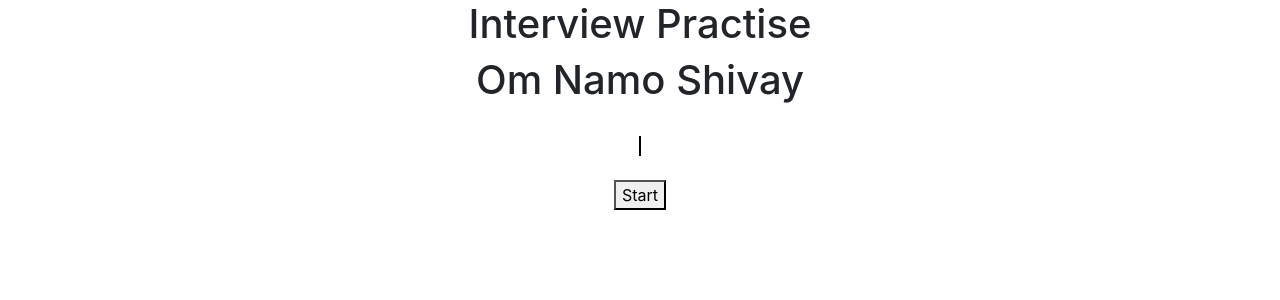
Repository: punitbathija/Machine-Round-React
Page: /
The author's editor kept a copy of each file at every save. The page is drawn from the files as they stood at one save, then again after the next save.
The browser window is 1280 px wide. The pictures show the whole page.
The project was rebuilt for these pictures with package versions that can differ from the ones it lists, and the page was loaded fresh each time. Also part of the build but not shown: src/components/counter.jsx.

Above is the page before, as saved 2023-06-01 12:37:28.

### src/index.js
import React from "react";
import ReactDOM from "react-dom/client";
import Counter from "./components/counter";
import "./index.css";
import ProgressBar from "./components/ProgressBar";
// import FetchApi from "./components/FetchApi";

const root = ReactDOM.createRoot(document.getElementById("root"));
root.render(
  <>
    <h1 className="text-center">Interview Practise</h1>
    {/* <Counter /> */}
    {/* <FetchApi /> */}
    <ProgressBar />
  </>
);

### src/components/ProgressBar.js
import React, { useEffect, useState } from "react";

const ProgressBar = () => {
  const [progress, setProgress] = useState(0);
  const [isRunning, setIsRunning] = useState(false);

  useEffect(() => {
    if (progress < 100 && isRunning) {
      setTimeout(() => {
        setProgress((prev) => prev + 2);
      }, 100);
    }
  }, [isRunning, progress]);

  return (
    <div
      style={{
        display: "flex",
        flexDirection: "column",
        alignItems: "center",
        justifyContent: "center",
        margin: "auto",
      }}
    >
      <h1>Om Namo Shivay</h1>
      <br />
      <div
        style={{
          textAlign: "center",
          height: "20px",
          width: `${progress}%`,
          backgroundColor: "blue",
          color: "white",
          transition: "ease",
          border: "1px solid black",
        }}
      >
        {progress} %
      </div>
      <br />
      <button onClick={() => setIsRunning(true)}>Start</button>
    </div>
  );
};

export default ProgressBar;

Loaded but not shown: public/index.html (common file); src/index.css (common file)

After the next save:
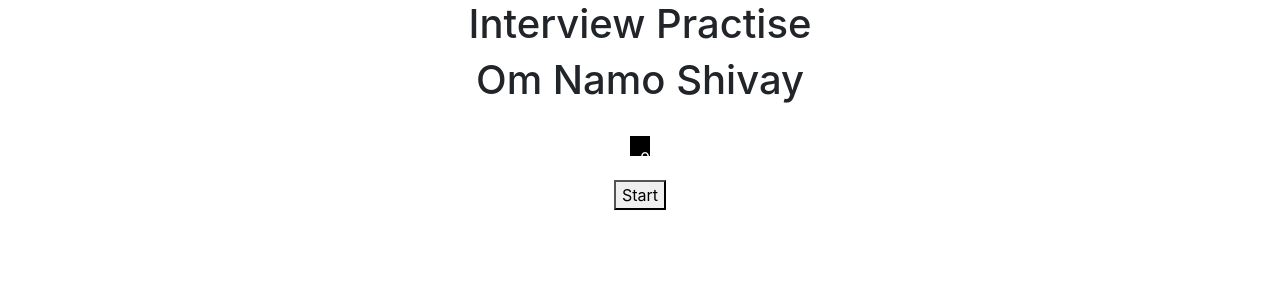
Saved 51 s later.
--- a/src/components/ProgressBar.js
+++ b/src/components/ProgressBar.js
@@ -32,7 +32,7 @@ const ProgressBar = () => {
           backgroundColor: "blue",
           color: "white",
           transition: "ease",
-          border: "1px solid black",
+          border: "10px solid black",
         }}
       >
         {progress} %
